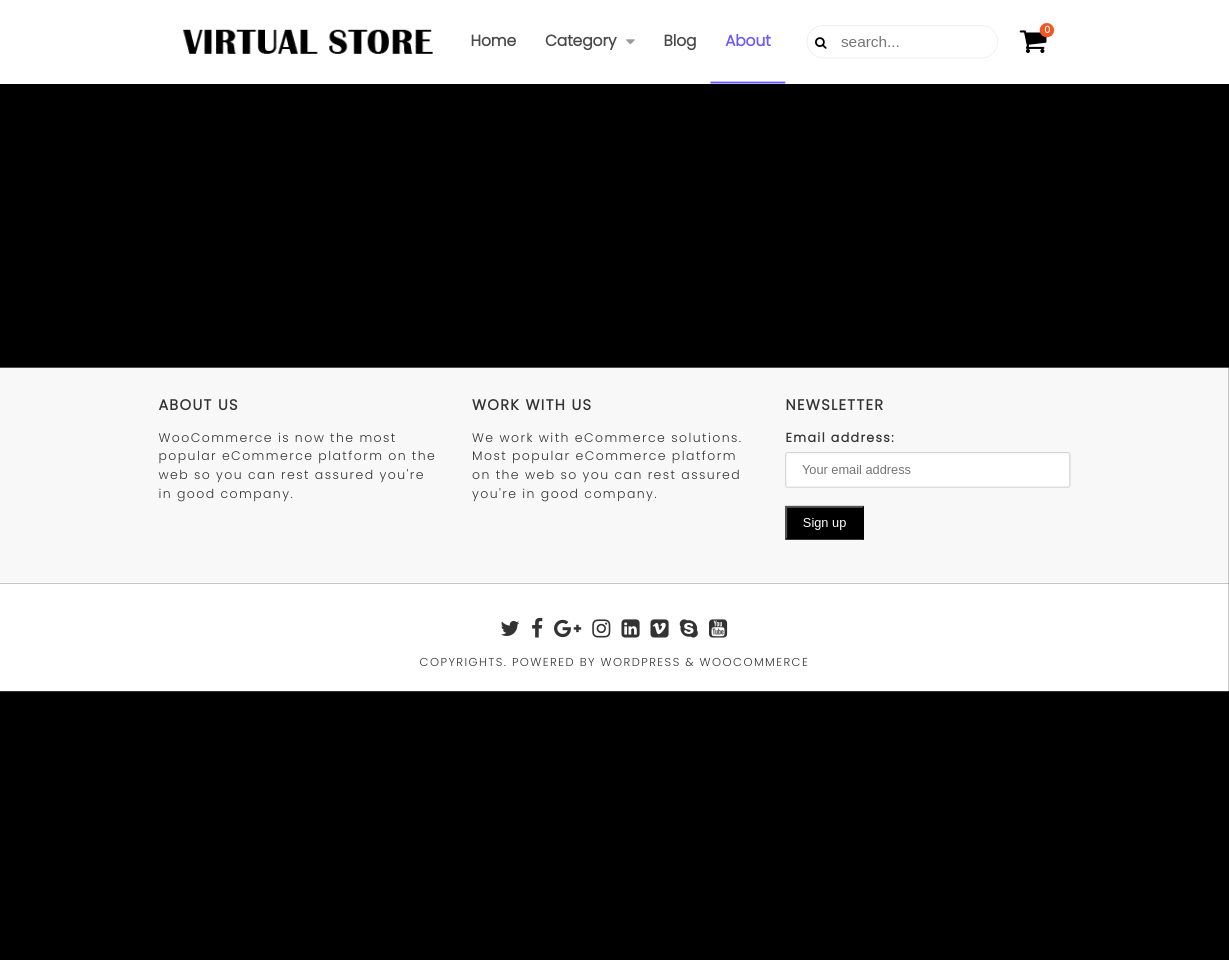
Repository: dungle03/tke_web_nhom_15
Page: Category/All products/index.html
These files come from the project's save history. The page is drawn as it stood at one moment and after the next save; the edit follows.
The browser window is 1280 px wide. The pictures show the whole page, at 96% of full size.

Above is the page before, as saved 2022-09-14 01:10:01.
Not found: Category/All products/resest.css

After the next save:
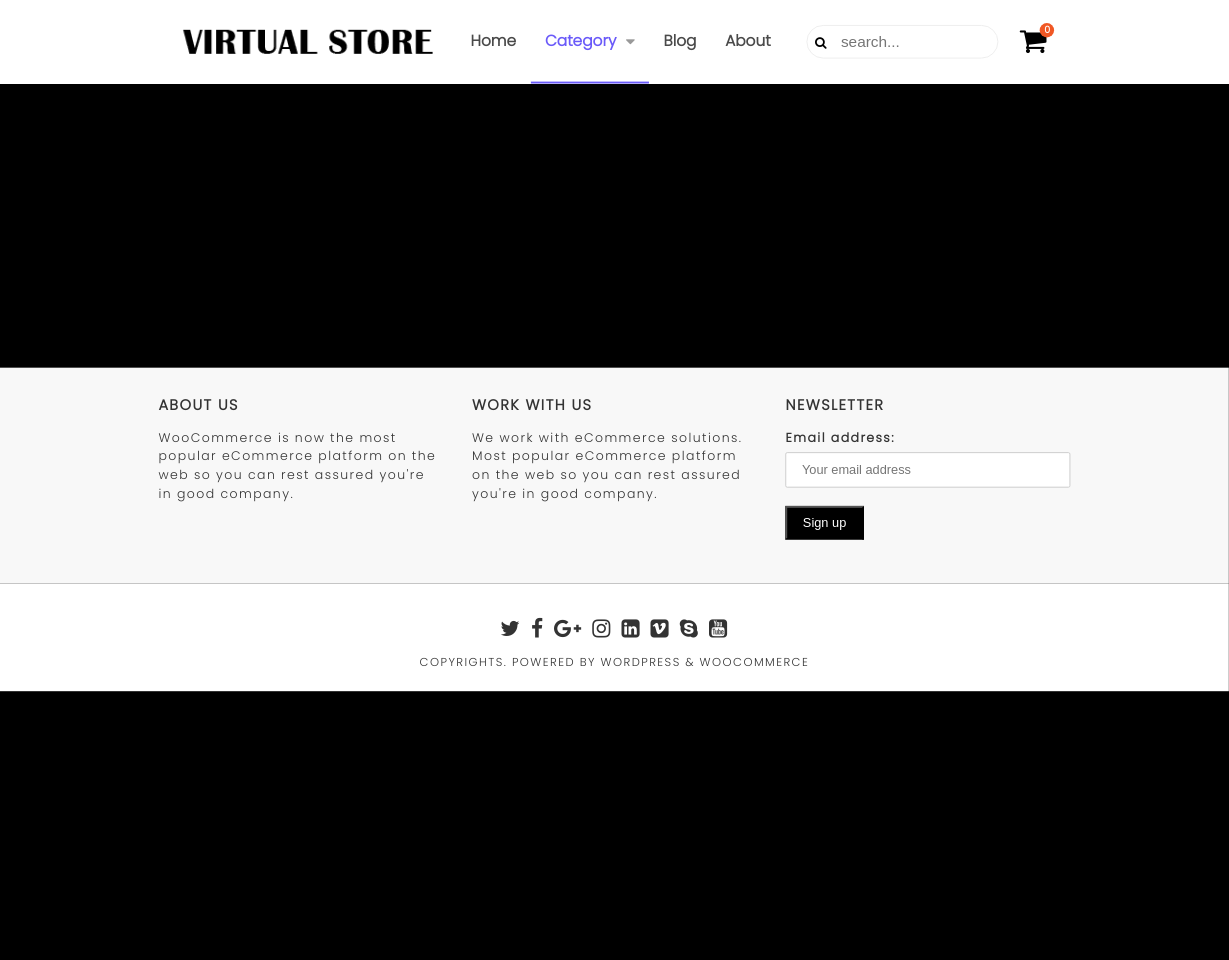
Saved 24 s later.
--- a/Category/All products/index.html
+++ b/Category/All products/index.html
@@ -27,7 +27,7 @@
             <ul class="navi">
                 <li class="item"><a href="../index.html" class="home">Home</a>
                 </li>
-                <li class="item category-more"><a href="#" class="category">Category</a>
+                <li class="item category-more active"><a href="#" class="category">Category</a>
                     <i class="fa fa-caret-down dropdow_caret"></i>
                     <div class="dropdow">
                         <ul class="dropdow-list">
@@ -45,7 +45,7 @@
                 </li>
                 <li class="item"><a href="../Blog/index.html" class="blog">Blog</a>
                 </li>
-                <li class="item active"><a href="#" class="about">About</a>
+                <li class="item"><a href="#" class="about">About</a>
                 </li>
             </ul>
             <div class="wrap-search">
